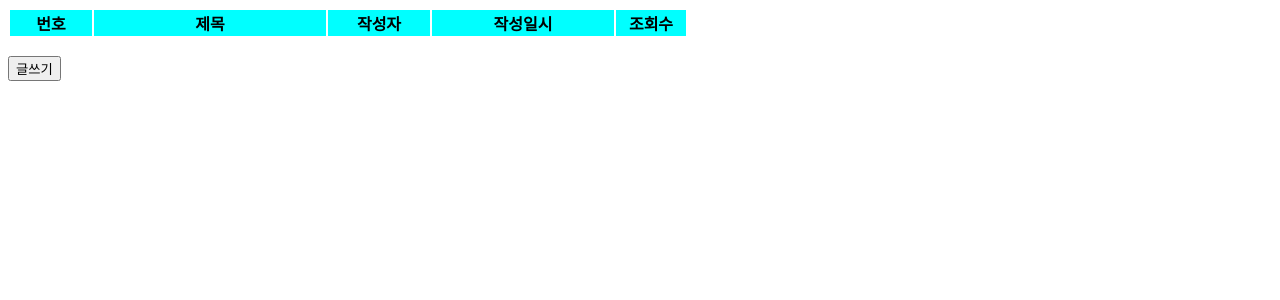
Repository: kdh2212/KDT_code
Page: http://localhost/20250808Web/boardList.jsp
An editor plug-in stored every save of this project. The page is shown before and after the next save, followed by the edit.
The browser window is 1280 px wide. The pictures show the whole page.
The page is served by Tomcat 9. Queries for data that is not in the repository find no rows.

Above is the page before, as saved 2025-08-08 02:34:44.

After the next save:
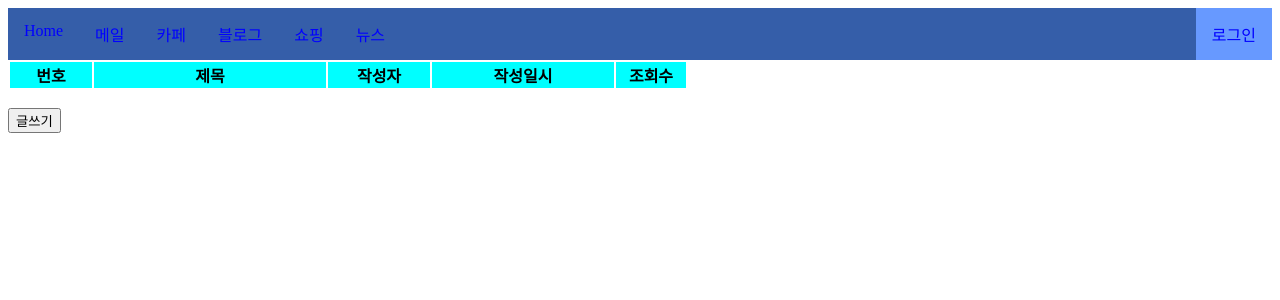
Saved 2 min 44 s later.
--- a/20250808Web/src/main/webapp/boardList.jsp
+++ b/20250808Web/src/main/webapp/boardList.jsp
@@ -1,6 +1,7 @@
 <%@ page language="java" contentType="text/html; charset=UTF-8"
     pageEncoding="UTF-8"%>
 <%@ page import="java.sql.*, javax.sql.*" %>
+<%@ include  file="navbar.jspf"%>
 
 <!DOCTYPE html>
 <html>
